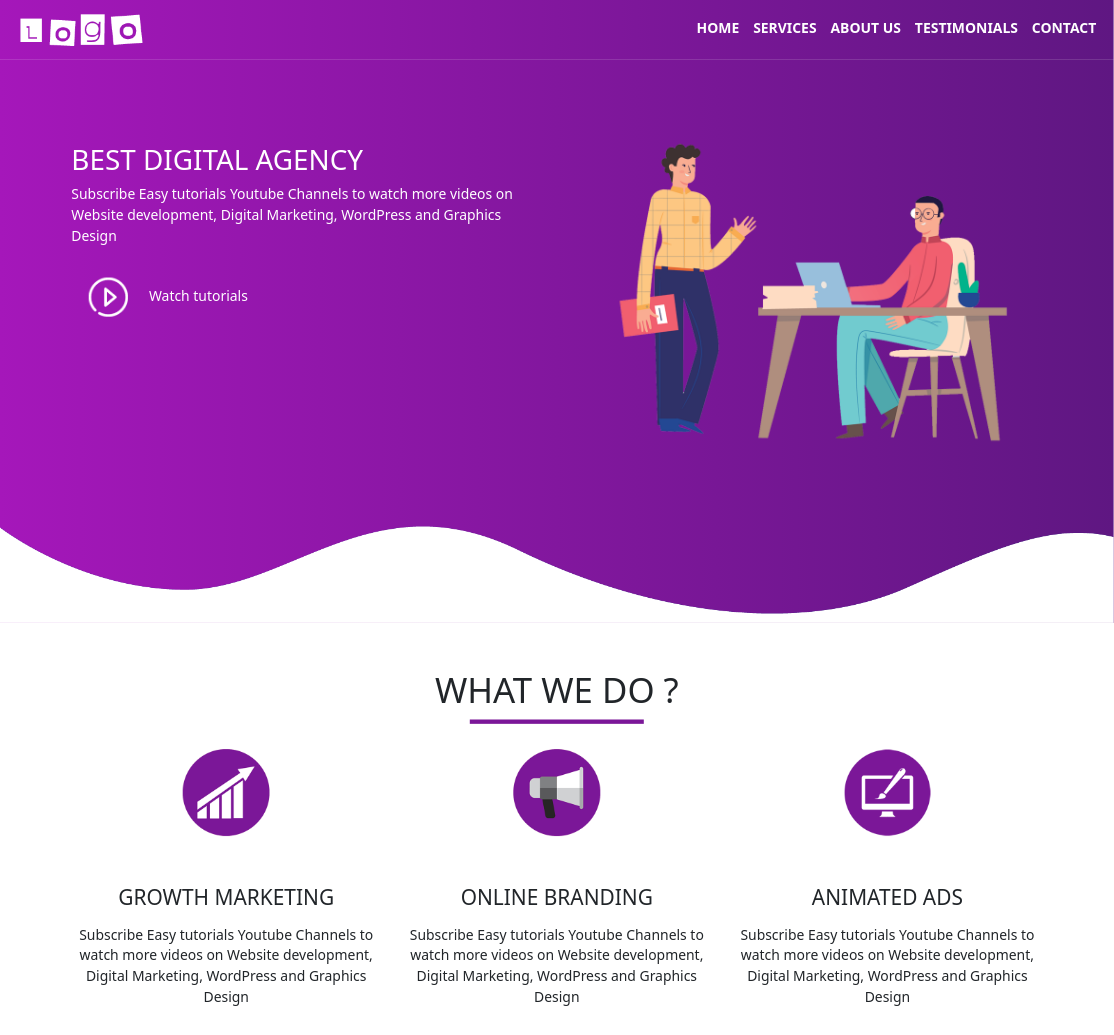
Repository: wadelfadill/Bootstrap_tache_2_website_design
Page: index.html
An editor plug-in stored every save of this project. The page is shown before and after the next save, followed by the edit.
The browser window is 1280 px wide. The pictures show the whole page, at 87% of full size.
Some web libraries are served in a nearby version.

Above is the page before, as saved 2023-04-05 16:44:44.

### index.html
<!DOCTYPE html>
<html lang="en">
<head>
    <meta charset="UTF-8">
    <meta http-equiv="X-UA-Compatible" content="IE=edge">
    <meta name="viewport" content="width=device-width, initial-scale=1.0">
    <!-- bootstrap css link -->
    <link href="https://cdn.jsdelivr.net/npm/bootstrap@5.1.3/dist/css/bootstrap.min.css" rel="stylesheet" integrity="sha384-1BmE4kWBq78iYhFldvKuhfTAU6auU8tT94WrHftjDbrCEXSU1oBoqyl2QvZ6jIW3" crossorigin="anonymous">
    <!-- css sheet link -->
    <link rel="stylesheet" href="style.css">
    <!-- fontawsome link -->
    <link rel="stylesheet" href="https://cdn.jsdelivr.net/npm/@fortawesome/fontawesome-free@6.2.1/css/fontawesome.min.css">
    <title>bootstrap_website_design</title>
    <script src="https://kit.fontawesome.com/8f130c8a35.js" crossorigin="anonymous"></script>
</head>
<body>
    <section id="nav-bar" class="sticky-top t-0">
        <nav class="navbar navbar-expand-lg navbar-light p-0">
            <div class="container-fluid">
              <a class="navbar-brand" href="#"><img src="images/demo-logo.png" alt="" class="w-75 h-50 p-2"></a>
              <button class="navbar-toggler" type="button" data-bs-toggle="collapse" data-bs-target="#navbarSupportedContent" aria-controls="navbarSupportedContent" aria-expanded="false" aria-label="Toggle navigation">
                <span><i class="fa-solid fa-bars fs-1" style="color: #ffffff;"></i></span>
              </button>
              <div class="collapse navbar-collapse justify-content-end" id="navbarSupportedContent">
                <ul class="navbar-nav ms-auto mb-2 mb-lg-0 ">
                  <li class="nav-item pt-0 pb-1 fw-bold">
                    <a class="nav-link active text-white float-end text-start" aria-current="page" href="#">HOME</a>
                  </li>
                  <li class="nav-item pt-0 pb-1 fw-bold">
                    <a class="nav-link text-white float-end text-start" href="#">SERVICES</a>
                  </li>
                  <li class="nav-item pt-0 pb-1 fw-bold">
                    <a class="nav-link text-white float-end text-start" href="#">ABOUT US</a>
                  </li>
                  <li class="nav-item pt-0 pb-1 fw-bold">
                    <a class="nav-link text-white float-end text-start" href="#">TESTIMONIALS</a>
                  </li>
                  <li class="nav-item pt-0 pb-1 fw-bold">
                    <a class="nav-link text-white float-end text-start" href="#">CONTACT</a>
                  </li>
                </ul>
              </div>
            </div>
          </nav>
    </section>
     <!--banner section  -->
     <section id="banner" class="text-white pt-5">
      <div class="container">
        <div class="row">
          <div class="col-md-6">
            <p class="h2 mt-5">BEST DIGITAL AGENCY</p>
            <p>
              Subscribe Easy tutorials Youtube Channels to watch more videos on
              Website development, Digital Marketing, WordPress and Graphics Design
            </p>
            <a href="" class="tuto text-white text-decoration-none"><img src="images/play.png" alt="" class="play-btn"> Watch tutorials</a>
          </div>
          <div class="col-md-6 text-center">
            <img src="images/home2.png" alt="" class="img-fluid">
          </div>
        </div>
      </div>
     <img src="images/wave1.png" alt="" class="w-100">
     </section>
     <!-- services section -->
     <section id="services" class="pt-5 pb-0">
        <div class="container text-center">
          <h1 class="title text-center">WHAT WE DO ? </h1>
          <div class="row text-center">
            <div class="col-md-4 p-3">
              <img src="images/service1.png" alt="" class="service-img">
              <h4 class="p-2 mt-5 text-uppercase">Growth Marketing</h4>
              <p>
                Subscribe Easy tutorials Youtube Channels to watch more videos on
                Website development, Digital Marketing, WordPress and Graphics Design
              </p>
            </div>
            <div class="col-md-4 p-3">
              <img src="images/service2.png" alt="" class="service-img">
              <h4 class="p-2 mt-5 text-uppercase">Online Branding</h4>
              <p>
                Subscribe Easy tutorials Youtube Channels to watch more videos on
                Website development, Digital Marketing, WordPress and Graphics Design
              </p>
            </div>
            <div class="col-md-4 p-3">
              <img src="images/service3.png" alt="" class="service-img">
              <h4 class="p-2 mt-5 text-uppercase">Animated Ads</h4>
              <p>
                Subscribe Easy tutorials Youtube Channels to watch more videos on
                Website development, Digital Marketing, WordPress and Graphics Design
              </p>
            </div>
          </div>
        </div>
     </section>


        <!-- bootstrap js link -->
    <script src="https://cdn.jsdelivr.net/npm/bootstrap@5.1.3/dist/js/bootstrap.bundle.min.js" integrity="sha384-ka7Sk0Gln4gmtz2MlQnikT1wXgYsOg+OMhuP+IlRH9sENBO0LRn5q+8nbTov4+1p" crossorigin="anonymous"></script>
</body>
</html>

### style.css
*{
    margin: 0;
    padding: 0;
}
.navbar{
    background-image: linear-gradient(to right, #a517ba, #5f1782);
}
.navbar-toggler{
    outline: none !important;
}
/* Banner section */
#banner{
    background-image: linear-gradient(to right, #a517ba, #5f1782);


}
.play-btn{
    width: 45px;
    margin: 20px;
}
.service-img{
    width: 100px;
    margin-top: 20px;
}
.title::before{
    content: '';
    background: #7b1798;
    height: 5px;
    width: 200px;
    margin-left: auto;
    margin-right: auto;
    display: block;
    transform: translateY(63px);
}

After the next save:
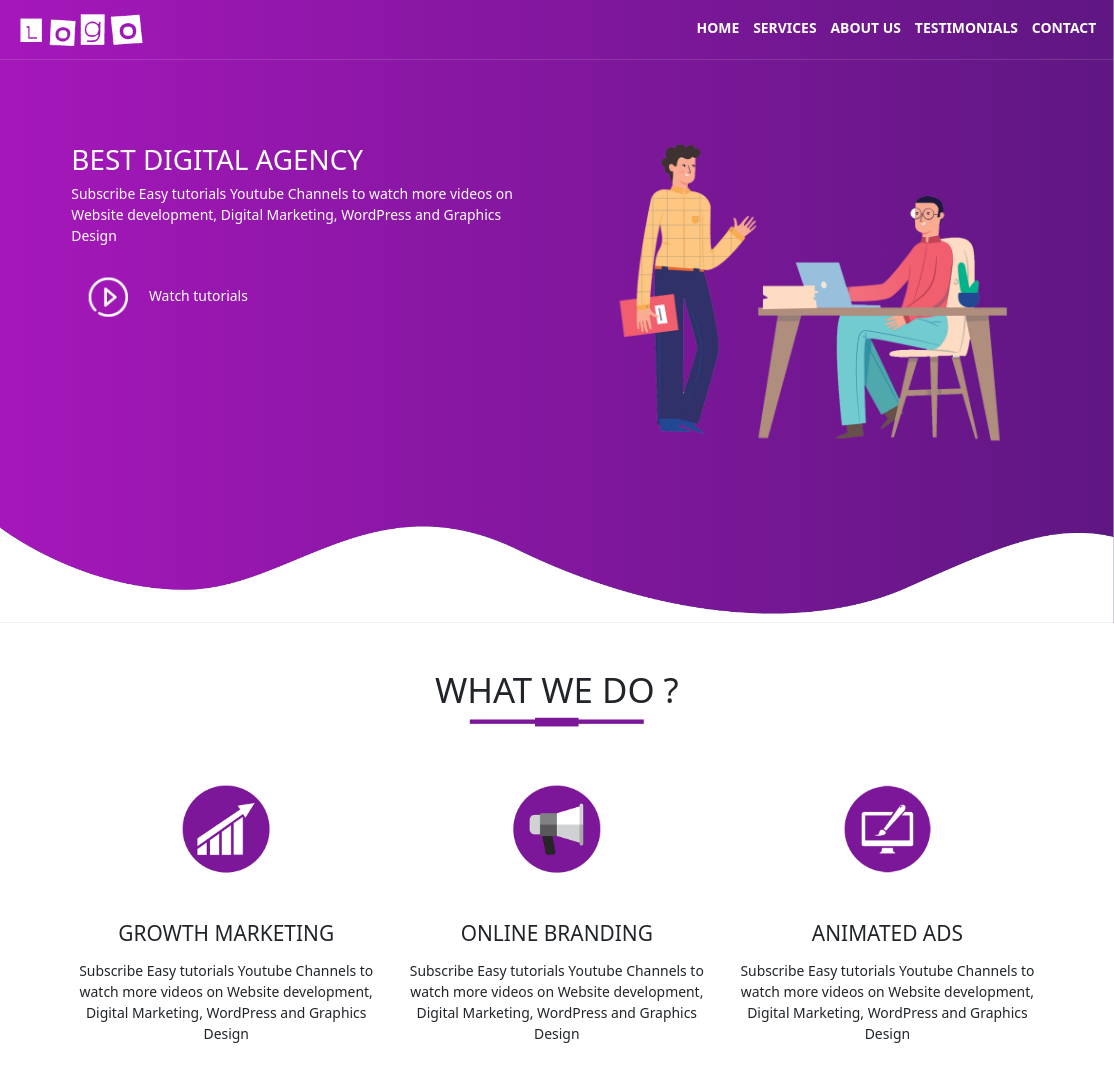
Saved 96 s later.
--- a/style.css
+++ b/style.css
@@ -32,3 +32,14 @@
     display: block;
     transform: translateY(63px);
 }
+.title::after{
+    content: '';
+    background: #7b1798;
+    height: 10px;
+    width: 50px;
+    margin-left: auto;
+    margin-right: auto;
+    margin-bottom: 40px;
+    display: block;
+    transform: translateY(8px);
+}
